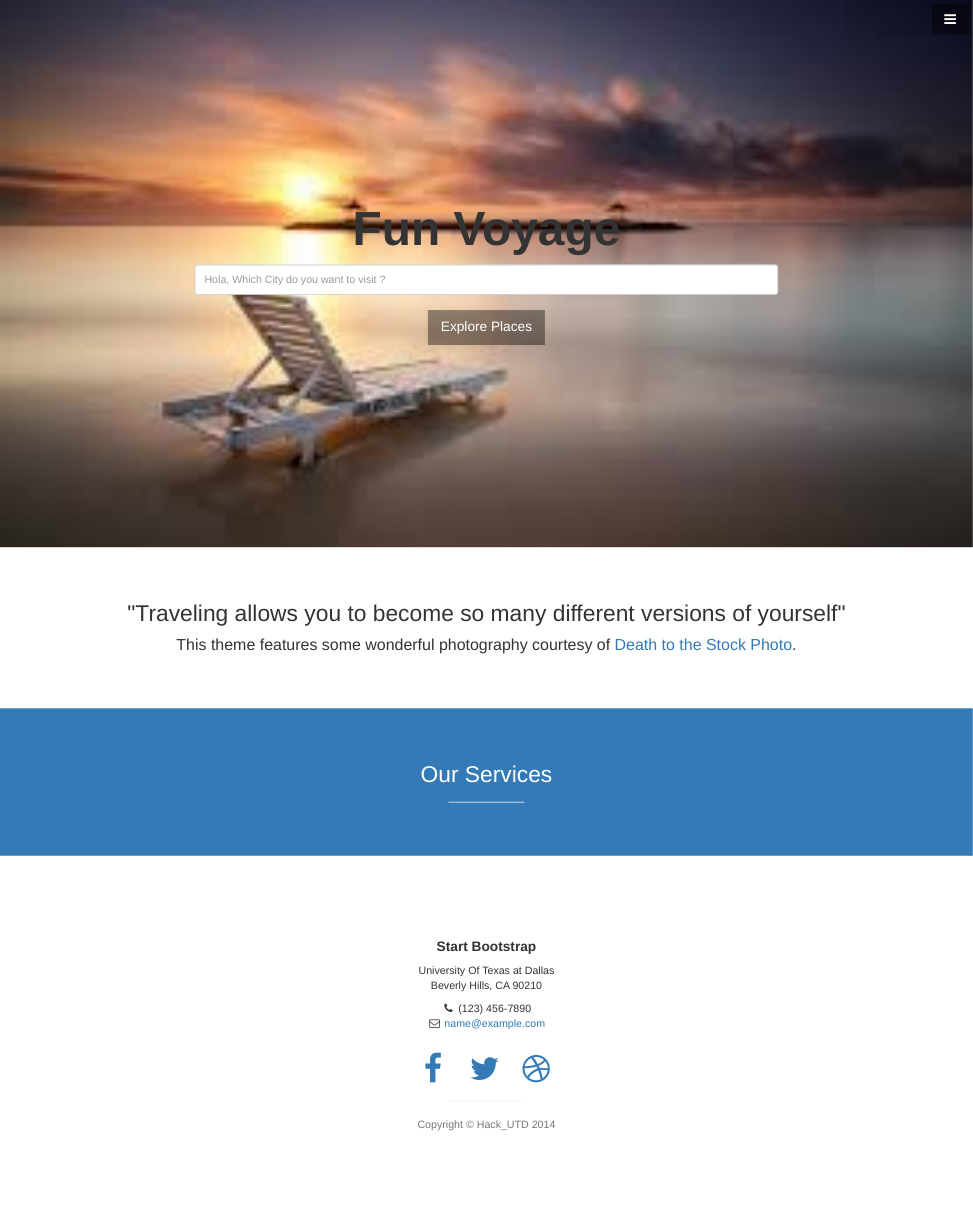
Repository: thomasronk/UTD_Hack
Page: http://localhost/route/Search
The author's editor kept a copy of each file at every save. The page is drawn from the files as they stood at one save, then again after the next save.
The browser window is 1280 px wide. The pictures show the whole page, at 76% of full size.
Some web fonts or font styles are not loaded; a fallback is used. The page is served by Tomcat 9.

Above is the page before, as saved 2015-01-18 11:59:56.

After the next save:
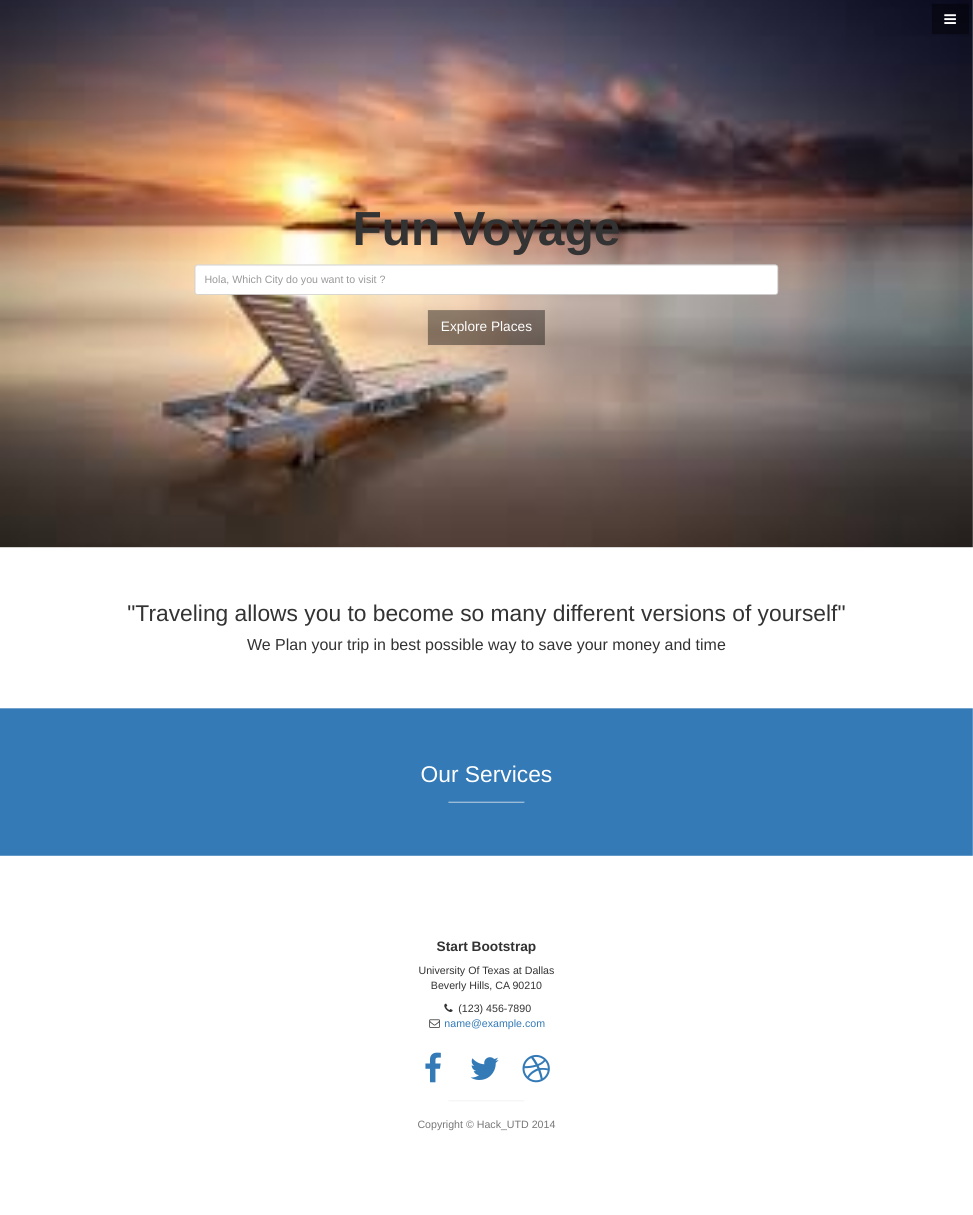
Saved 83 s later.
--- a/UTDHackWorkSpace/route/WebContent/WEB-INF/main.jsp
+++ b/UTDHackWorkSpace/route/WebContent/WEB-INF/main.jsp
@@ -79,7 +79,7 @@
             <div class="row">
                 <div class="col-lg-12 text-center">
                     <h2>"Traveling allows you to become so many different versions of yourself"</h2>
-                    <p class="lead">This theme features some wonderful photography courtesy of <a target="_blank" href="http://join.deathtothestockphoto.com/">Death to the Stock Photo</a>.</p>
+                    <p class="lead">We Plan your trip in best possible way to save your money and time </p>
                 </div>
             </div>
             <!-- /.row -->
